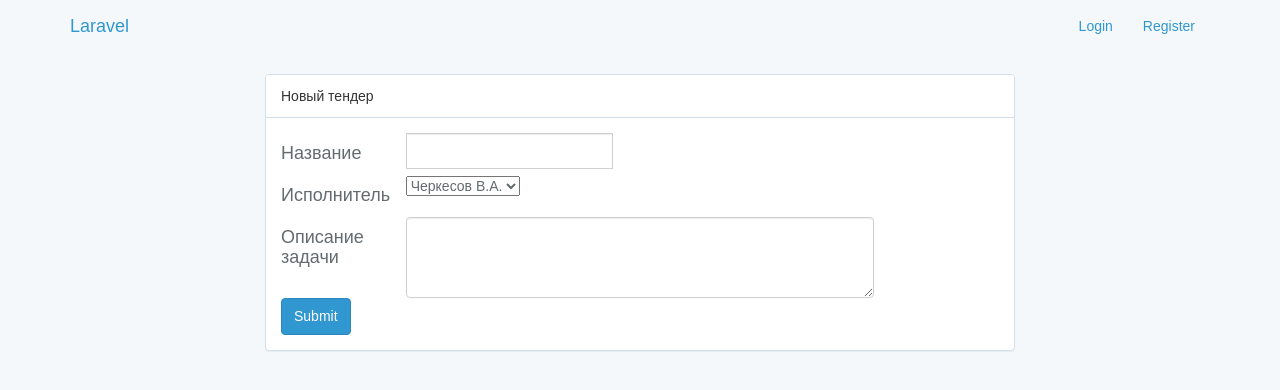
Repository: blackjack043/laravel-crud
Page: http://localhost/page2
An editor plug-in stored every save of this project. The page is shown before and after the next save, followed by the edit.
The browser window is 1280 px wide. The pictures show the whole page.
Some web fonts or font styles are not loaded; a fallback is used. The page is served by the project's Laravel application, run on PHP 8.4 with Laravel 8.

Above is the page before, as saved 2022-03-06 20:53:17.

After the next save:
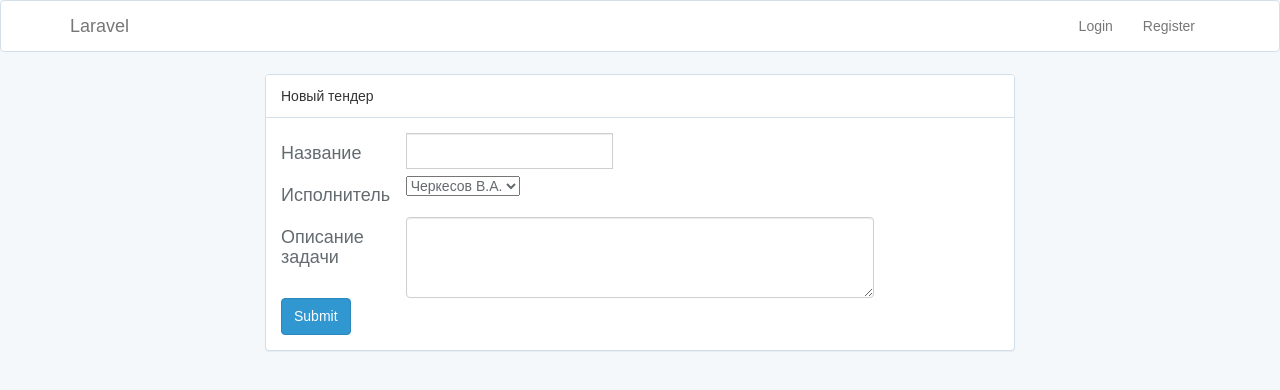
Saved 40 s later.
--- a/resources/views/layouts/app2.blade.php
+++ b/resources/views/layouts/app2.blade.php
@@ -22,7 +22,7 @@
 </head>
 <body>
     <div id="app">
-        <nav class="navbar ">
+        <nav class="navbar navbar-default">
             <div class="container">
                 <div class="navbar-header">
 
